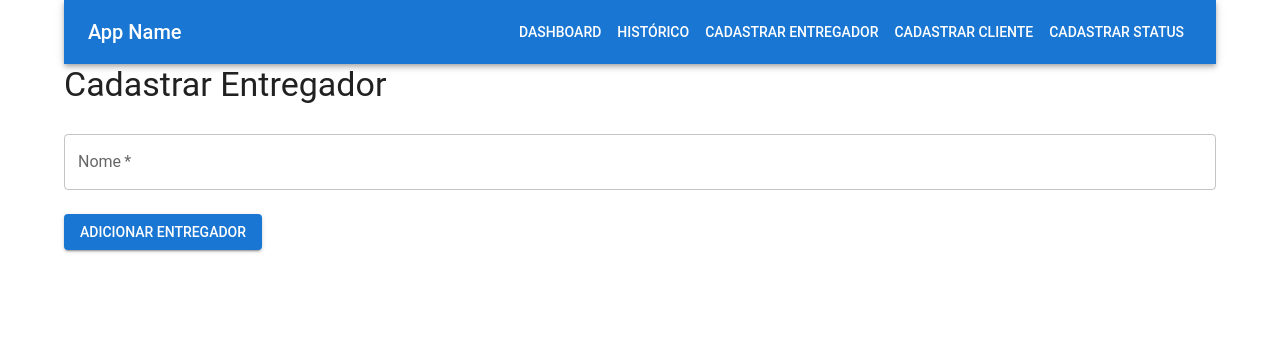
Repository: feliperanon/mobilegestao
Page: /add-entregador (app in frontend/)
An editor plug-in stored every save of this project. The page is shown before and after the next save, followed by the edit.
The browser window is 1280 px wide. The pictures show the whole page.
The page's requests for data from a server got no answer. The project was rebuilt for these pictures with package versions that can differ from the ones it lists, and the page was loaded fresh each time. No one was signed in, and anything a server would have sent is missing. Also part of the build but not shown: frontend/webpack.config.js, frontend/src/pages/Home.js, frontend/src/pages/History.js, frontend/src/pages/Analysis.js, frontend/src/components/Dashboard.js, frontend/src/components/Login.js, frontend/src/components/Register.js, frontend/src/components/AddCliente.js and 1 more.

Above is the page before, as saved 2024-07-14 19:35:13.

### frontend/public/index.html
<!-- frontend/public/index.html -->

<!DOCTYPE html>
<html lang="en">
<head>
    <meta charset="UTF-8">
    <meta name="viewport" content="width=device-width, initial-scale=1.0">
    <title>Mobile Gestão</title>
</head>
<body>
    <div id="root"></div>
</body>
</html>

### frontend/src/index.js
// frontend/src/index.js

import React from 'react';
import ReactDOM from 'react-dom';
import { BrowserRouter as Router } from 'react-router-dom';
import { ThemeProvider, createTheme } from '@mui/material/styles';
import CssBaseline from '@mui/material/CssBaseline';
import App from './App';

const theme = createTheme({
  palette: {
    primary: {
      main: '#1976d2',
    },
    secondary: {
      main: '#dc004e',
    },
  },
  typography: {
    fontFamily: 'Roboto, Arial, sans-serif',
  },
});

const rootElement = document.getElementById('root');

const render = (Component) => {
  ReactDOM.render(
    <ThemeProvider theme={theme}>
      <CssBaseline />
      <Router>
        <Component />
      </Router>
    </ThemeProvider>,
    rootElement
  );
};

render(App);

if (module.hot) {
  module.hot.accept('./App', () => {
    const NextApp = require('./App').default;
    render(NextApp);
  });
}

### frontend/src/App.js
// frontend/src/App.js

import React from 'react';
import { BrowserRouter as Router, Route, Switch } from 'react-router-dom';
import { ThemeProvider, createTheme } from '@mui/material/styles';
import CssBaseline from '@mui/material/CssBaseline';
import Home from './pages/Home';
import History from './pages/History';
import Analysis from './pages/Analysis';
import Dashboard from './components/Dashboard';
import Login from './components/Login';
import Register from './components/Register';
import AddEntregador from './components/AddEntregador';
import AddCliente from './components/AddCliente';
import AddStatus from './components/AddStatus';

const theme = createTheme({
  palette: {
    primary: {
      main: '#1976d2',
    },
    secondary: {
      main: '#dc004e',
    },
  },
  typography: {
    fontFamily: 'Roboto, Arial, sans-serif',
  },
});

const App = () => (
  <ThemeProvider theme={theme}>
    <CssBaseline />
    <Router>
      <Switch>
        <Route path="/" exact component={Home} />
        <Route path="/login" component={Login} />
        <Route path="/register" component={Register} />
        <Route path="/dashboard" component={Dashboard} />
        <Route path="/history" component={History} />
        <Route path="/analysis" component={Analysis} />
        <Route path="/add-entregador" component={AddEntregador} />
        <Route path="/add-cliente" component={AddCliente} />
        <Route path="/add-status" component={AddStatus} />
      </Switch>
    </Router>
  </ThemeProvider>
);

export default App;

### frontend/src/components/AddEntregador.js
// frontend/src/components/AddEntregador.js

import React, { useState } from 'react';
import axios from 'axios';
import { Container, Typography, TextField, Button, Box } from '@mui/material';
import Navigation from './Navigation';

const AddEntregador = () => {
  const [nome, setNome] = useState('');

  const handleSubmit = async (e) => {
    e.preventDefault();
    try {
      await axios.post('http://localhost:5008/api/lists/entregadores', { nome });
      setNome('');
    } catch (err) {
      console.error('Erro ao adicionar entregador', err);
    }
  };

  return (
    <Container>
      <Navigation />
      <Typography variant="h4" component="h1" gutterBottom>
        Cadastrar Entregador
      </Typography>
      <Box component="form" onSubmit={handleSubmit} sx={{ mb: 4 }}>
        <TextField
          label="Nome"
          value={nome}
          onChange={(e) => setNome(e.target.value)}
          fullWidth
          required
          margin="normal"
        />
        <Button type="submit" variant="contained" color="primary" sx={{ mt: 2 }}>
          Adicionar Entregador
        </Button>
      </Box>
    </Container>
  );
};

export default AddEntregador;

### frontend/src/components/Navigation.js
// frontend/src/components/Navigation.js

import React from 'react';
import { Link } from 'react-router-dom';
import { AppBar, Toolbar, Typography, Button } from '@mui/material';

const Navigation = () => {
  return (
    <AppBar position="static">
      <Toolbar>
        <Typography variant="h6" sx={{ flexGrow: 1 }}>
          App Name
        </Typography>
        <Button color="inherit" component={Link} to="/dashboard">Dashboard</Button>
        <Button color="inherit" component={Link} to="/history">Histórico</Button>
        <Button color="inherit" component={Link} to="/add-entregador">Cadastrar Entregador</Button>
        <Button color="inherit" component={Link} to="/add-cliente">Cadastrar Cliente</Button>
        <Button color="inherit" component={Link} to="/add-status">Cadastrar Status</Button>
      </Toolbar>
    </AppBar>
  );
};

export default Navigation;

After the next save:
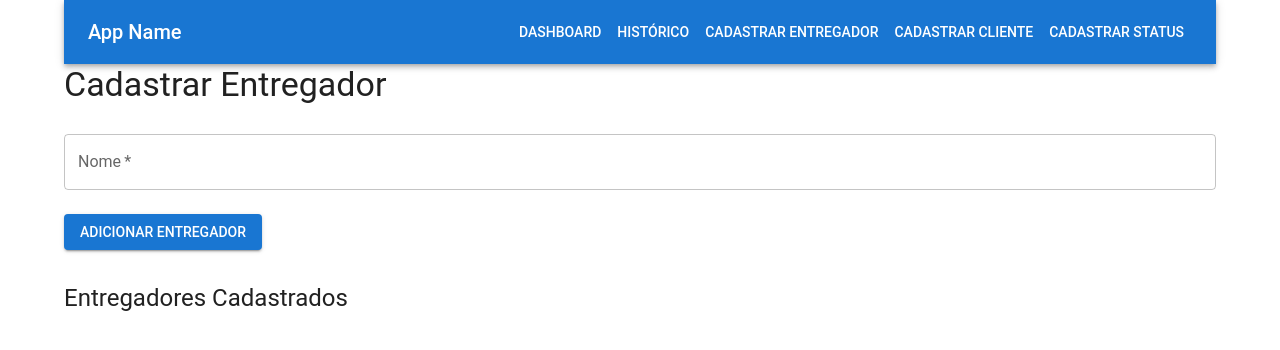
Saved 83 s later.
--- a/frontend/src/components/AddEntregador.js
+++ b/frontend/src/components/AddEntregador.js
@@ -1,19 +1,37 @@
 // frontend/src/components/AddEntregador.js
 
-import React, { useState } from 'react';
+import React, { useState, useEffect } from 'react';
 import axios from 'axios';
-import { Container, Typography, TextField, Button, Box } from '@mui/material';
+import { Container, Typography, TextField, Button, Box, List, ListItem, ListItemText } from '@mui/material';
 import Navigation from './Navigation';
 
 const AddEntregador = () => {
   const [nome, setNome] = useState('');
+  const [entregadores, setEntregadores] = useState([]);
+  const [message, setMessage] = useState('');
+
+  useEffect(() => {
+    const fetchEntregadores = async () => {
+      try {
+        const response = await axios.get('http://localhost:5008/api/lists/entregadores');
+        setEntregadores(response.data);
+      } catch (err) {
+        console.error('Erro ao buscar entregadores', err);
+      }
+    };
+
+    fetchEntregadores();
+  }, []);
 
   const handleSubmit = async (e) => {
     e.preventDefault();
     try {
-      await axios.post('http://localhost:5008/api/lists/entregadores', { nome });
+      const response = await axios.post('http://localhost:5008/api/lists/entregadores', { nome });
+      setEntregadores([...entregadores, response.data]);
       setNome('');
+      setMessage('Entregador cadastrado com sucesso!');
     } catch (err) {
+      setMessage('Erro ao adicionar entregador. Tente novamente.');
       console.error('Erro ao adicionar entregador', err);
     }
   };
@@ -36,7 +54,18 @@ const AddEntregador = () => {
         <Button type="submit" variant="contained" color="primary" sx={{ mt: 2 }}>
           Adicionar Entregador
         </Button>
+        {message && <Typography variant="body2" color="textSecondary">{message}</Typography>}
       </Box>
+      <Typography variant="h5" component="h2" gutterBottom>
+        Entregadores Cadastrados
+      </Typography>
+      <List>
+        {entregadores.map((entregador) => (
+          <ListItem key={entregador._id}>
+            <ListItemText primary={entregador.nome} />
+          </ListItem>
+        ))}
+      </List>
     </Container>
   );
 };
